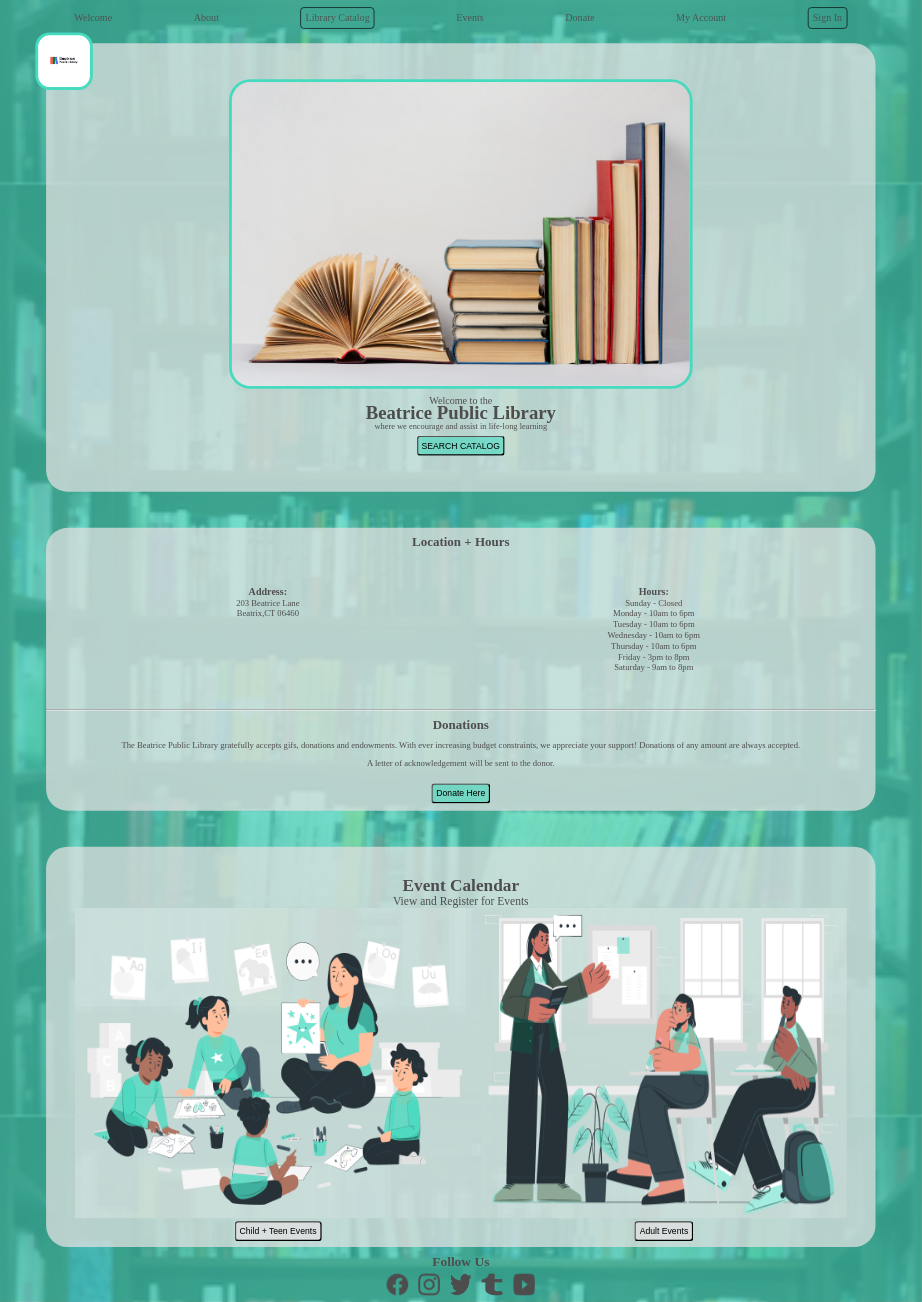
Repository: cokoduwa/RA-Wk5-Library
Page: index.html
An editor plug-in stored every save of this project. The page is shown before and after the next save, followed by the edit.
The browser window is 1280 px wide. The pictures show the whole page, at 72% of full size.

Above is the page before, as saved 2023-01-25 22:17:00.

### index.html
<!DOCTYPE html>
<html lang="en">
<head>
    <meta charset="UTF-8">
    <meta http-equiv="X-UA-Compatible" content="IE=edge">
    <meta name="viewport" content="width=device-width, initial-scale=1.0">
    <link rel="stylesheet" href="index.css">
    <title>Beatrice Public Library</title>
</head>

<body>
    <div class="back-img-1">
        <div class="back-color">

            <!-- Navigation/Menu Section -->
            <nav class="menu-options">
                <a href="#">Welcome</a>
                <a href="about.html">About</a>
                <a class="nav-link" href="#">Library Catalog</a>
                <a href="#">Events</a>
                <a href="#">Donate</a>
                <a href="#">My Account</a>
                <a class="nav-link" href="signin.html">Sign In</a>
            </nav>

            <main>


                <div class="sections">

                    <!-- Intro Section -->
                    <section class="card intro">
                        <div id="logo" >
                            <img src="images/BPLcanvaLogo.jpeg" alt="BPL Logo">
                        </div>
                        <img class="intro-img" src="images/books.png" alt="Books lined up">
                        <p>Welcome to the </p>
                        <h3>Beatrice Public Library</h3>
                        <p>
                            <small>where we encourage and assist in life-long learning</small>
                        </p>
                        <button>SEARCH CATALOG</button>
                    </section>


                    <!-- Location and Hours Section -->

                    <section class="card" id="info">
                        <h2>Location + Hours</h2>
                        <div class="info">
                            <div class="address">
                                <h3>Address:</h3>
                                <p>203 Beatrice Lane</p>
                                <p>Beatrix,CT 06460</p>
                            </div>

                            <div class="hours">
                                <h3>Hours:</h3>
                                <ul>
                                    <li>Sunday - Closed</li>
                                    <li>Monday - 10am to 6pm</li>
                                    <li>Tuesday - 10am to 6pm</li>
                                    <li>Wednesday - 10am to 6pm</li>
                                    <li>Thursday - 10am to 6pm</li>
                                    <li>Friday - 3pm to 8pm</li>
                                    <li>Saturday - 9am to 8pm</li>
                                </ul>
                            </div>

                        </div>

                        <hr>
                        <h2>Donations</h2>
                        <div class="donate">
                            <p>The Beatrice Public Library gratefully accepts gifs, donations and endowments. With ever
                                increasing budget constraints, we appreciate your support! Donations of any amount are
                                always accepted.</p>
                            <p>A letter of acknowledgement will be sent to the donor.</p>
                        </div>

                        <button>Donate Here</button>
                    </section>

                    <!-- Events Section -->

                    <section class="card events">
                        <h2>Event Calendar</h2>
                        <p>View and Register for Events</p>

                        <div class="event-types">
                            <div class="child">
                                <img src="images/child.png" alt="Teacher and children">
                                <button>Child + Teen Events</button>

                            </div>

                            <div class="adult">
                                <img src="images/adults.png" alt="Teacher and adult students">

                                <button>Adult Events</button>

                            </div>

                        </div>

                    </section>

                </div>

            </main>

            <footer>
                <h3>Follow Us</h3>
                <img class="social-media-logos" src="images/facebook.png" alt="Facebook Logo">
                <img class="social-media-logos" src="images/instagram.png" alt="Instagram Logo">
                <img class="social-media-logos" src="images/twitter.png" alt="Twitter Logo">
                <img class="social-media-logos" src="images/tumblr.png" alt="Tumblr Logo">
                <img class="social-media-logos" src="images/youtube.png" alt="YouTube Logo">
            </footer>
        </div> <!-- back color div-->
    </div> <!-- back img div-->
</body>
</html>

### index.css
*{
    padding:0;
    margin:0;
    box-sizing: border-box;
    /* overflow-x: hidden; */

}

body {
    color: #4E4D4D;
    font-family: 'Arial Rounded MT Bold';
    width: 100%;
}

.back-color {
    background-color: rgb(70, 218, 191, 0.7);
}

.back-img-1 {
    height: 100%;
    background-position: center;
    background-size: contain;
    background-image: url("images/library.png");

}

/****** Navigation Bar/Menu for all pages ******/
.menu-options{
    display: flex;
    justify-content: space-evenly;
    align-items: center;
    gap: 10px;
    opacity: 0.9;
    padding:10px 0;
}

nav a {
    text-decoration: none;
    color: #4E4D4D;
    font-size: 8px;
}
.nav-link {
    border-radius: 5px;
    border: 1px solid black;
    padding: 6px;
}

/***** Main Sections ******/
.sections {
    width: 90%;
    margin: 0 auto;

}

.card {
    background-color: rgba(224, 224, 224, 0.75);
    position: relative;
    border-radius: 30px;
    margin: 50px 0;
}


/****** First Section - Intro ******/

.intro {
    text-align: center;
    padding: 40px;
    margin: 10px auto;
}

.intro p {
    padding: 10px auto;
    font-size: 12px;
    line-height: 5px;
}

.intro h3 {
    font-size: 14px;
}

.intro button {
    font-size: 12px;
    padding: 5px;
    margin: 10px auto;
    background-color: rgb(70, 218, 191, 0.6);
    border-radius: 5px;
}

.intro-img {
    border-radius: 30px;
    border: 4px solid #46DABF;
    width: 60%;
    margin: 10px;
}

#logo {
    width: 80px;
    height: 80px;
    border-radius: 20px;
    border: 4px solid #46DABF;
    padding: 10px;
    position: absolute;
    top: -15px;
    left: -15px;
    background-color: white;
}

#logo img {
    width: 100%;
}


/****** Second Section - Info ******/

.info {
    display:grid;
    grid-template-columns: 1fr 1fr;
    padding: 40px;
    margin: 10px auto;
    text-align: center;
}

.info p, .info ul {
    padding: 10px auto;
    font-size: 12px;
}

#info h2 {
    font-size: 18px;
    padding-top: 10px;
}

.info h3 {
    font-size: 14px;
}

li {
    list-style: none;
}

#info{
    text-align: center;

}

.donate {
    margin: 10px auto;
    padding: 10px auto;
    font-size: 12px;
}

.donate p {
    margin: 10px auto;
}

#info button {
    font-size: 12px;
    padding: 5px;
    margin: 10px auto;
    background-color: rgb(70, 218, 191, 0.6);
    border-radius: 5px;
}


/****** Third Section - Events ******/

.events {
    text-align: center;
    padding: 40px;
    margin: 10px auto;
}

.event-types{
    display: flex;
    justify-content: center;
    /* height: 300px; */
}

.child img, .adult img {
    width: 100%;
    height: 100%;
}

.event-types button {
    font-size: 12px;
    padding: 5px;
    /* margin: 10px auto; */
    background-color: rgba(224, 224, 224, 0.75);
    border-radius: 5px;
}


/******* About Page  *****/

.back-img-2 {
    width:100%;
    height: 100vh;
    background-position: center;
    background-size: contain;
    background-image: url("images/books-plant.png");
}

#about {
    display: flex;
    flex-direction: column;
    justify-content: center;
    align-items: center;
    padding: 0px;
    gap: 20px;
    position: absolute;
    text-align: center;
}

/******* Catalog Page *****/





/******* Create Profile Page *****/

.back-img-3 {
    background-image: url("images/SignIn-Background.png");
    width:100%;
    height: 100vh;
    background-position: center;
    background-size: cover;
    background-repeat: no-repeat;
}

#create {
    display: flex;
    flex-direction: column;
    justify-content: center;
    align-items: center;
    padding: 0px;
    gap: 20px;
    position: absolute;
    text-align: center;
}


/****** Footer for all pages ******/

footer {
    text-align: center;
}

#footer {
    position: absolute;
    bottom: 0;
}

.social-media-logos{
    width: 2.5em;
    height: 2.5em;
    padding: .3em;
}


/***** Media Queries *****/

/* Medium devices (landscape tablets, 768px and up) */
@media only screen and (min-width: 768px) {
    nav a {
        font-size: 14px;
    }

    .intro p {
        font-size: 16px;
    }

    .intro h3 {
        font-size: 18px;
    }

    .donate p {
        margin: 10px auto;
        padding: 0 100px;
    }

}
/* Large devices (laptops/desktops, 992px and up) */
@media only screen and (min-width: 992px) {

    .intro p {
        font-size: 14px;
    }

    .intro h3 {
        font-size: 26px;
    }
}

After the next save:
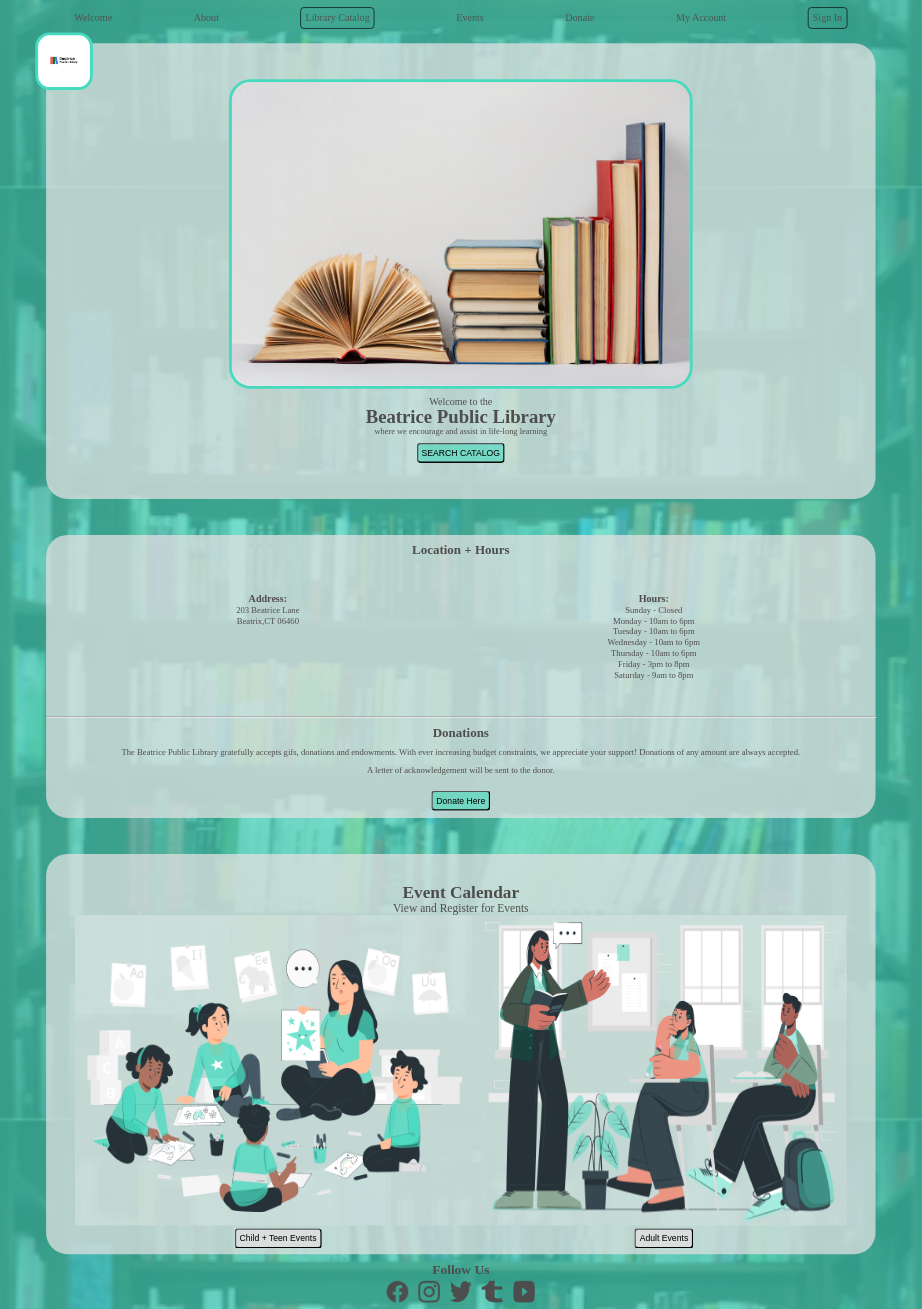
Saved 5 s later.
--- a/index.css
+++ b/index.css
@@ -71,7 +71,7 @@
 .intro p {
     padding: 10px auto;
     font-size: 12px;
-    line-height: 5px;
+    line-height: 10px;
 }
 
 .intro h3 {
